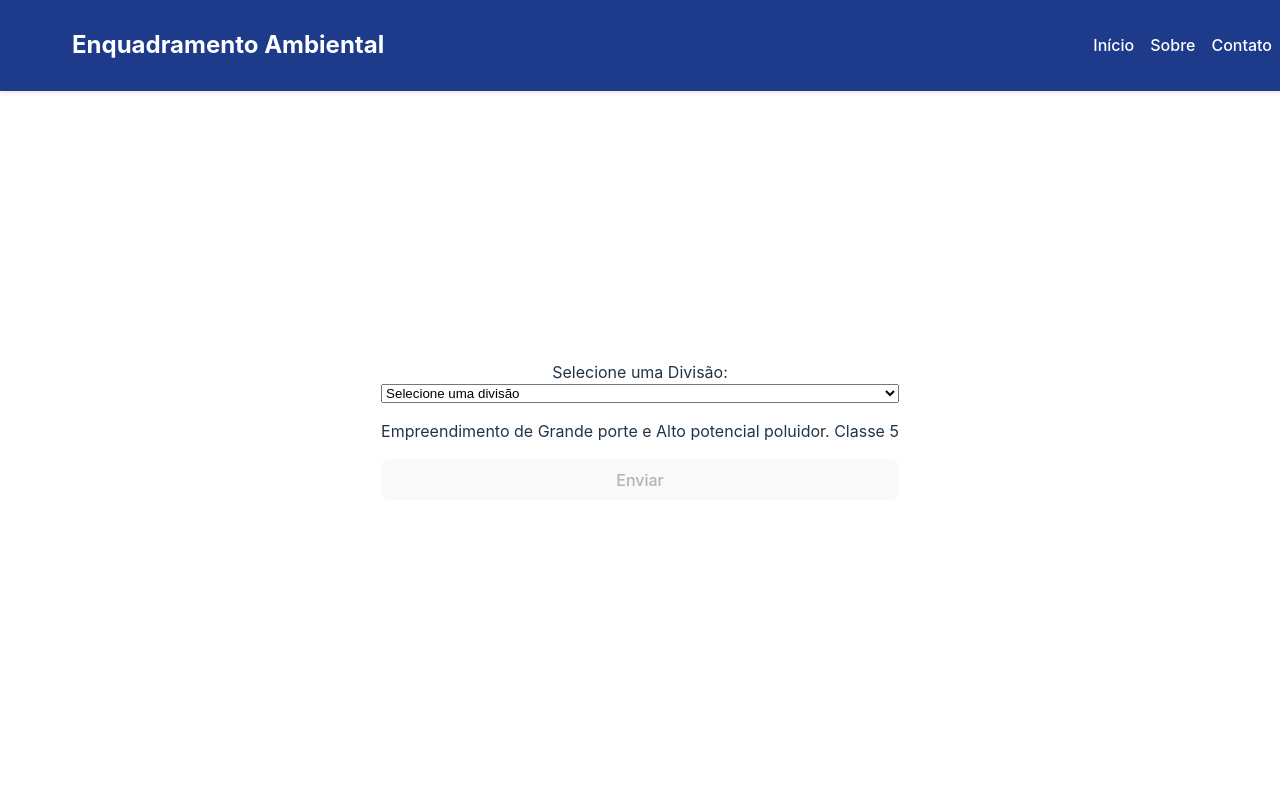
Repository: dev-celo/meio-ambiente
Page: /
The author's editor kept a copy of each file at every save. The page is drawn from the files as they stood at one save, then again after the next save.
The browser window is 1280 px wide. The pictures show the whole page.
The project was rebuilt for these pictures with package versions that can differ from the ones it lists, and the page was loaded fresh each time. Also part of the build but not shown: vite.config.js.

Above is the page before, as saved 2025-01-25 09:36:19.

After the next save:
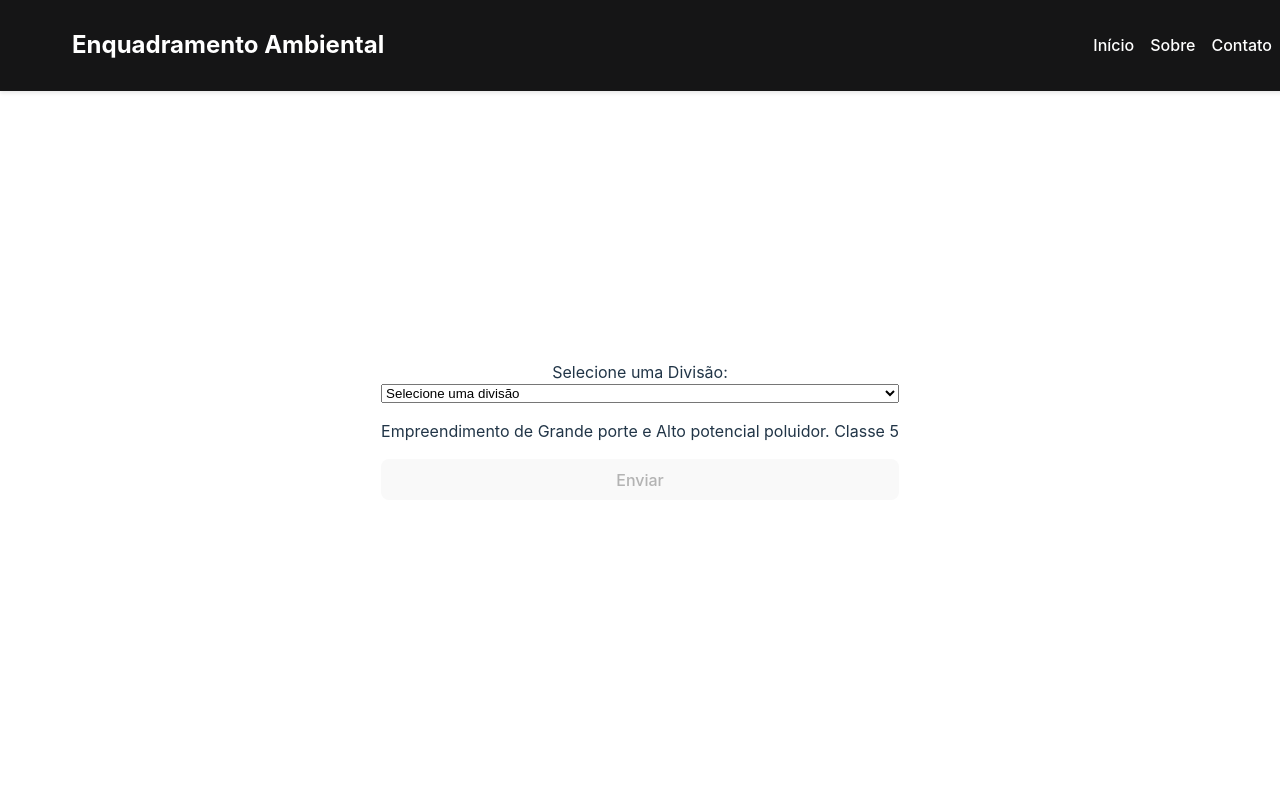
Saved 6 s later.
--- a/src/Components/Header.css
+++ b/src/Components/Header.css
@@ -3,7 +3,7 @@
   top: 0; /* Alinha ao topo */
   left: 0; /* Alinha ao início horizontalmente */
   width: 100%; /* Ocupa toda a largura */
-  background-color: #1e3a8a; /* Azul escuro */
+  background-color: #151516; /* Azul escuro */
   color: #ffffff; /* Texto branco */
   padding: 1rem 2rem; /* Espaçamento interno */
   box-shadow: 0 2px 4px rgba(0, 0, 0, 0.1); /* Sombra sutil */
